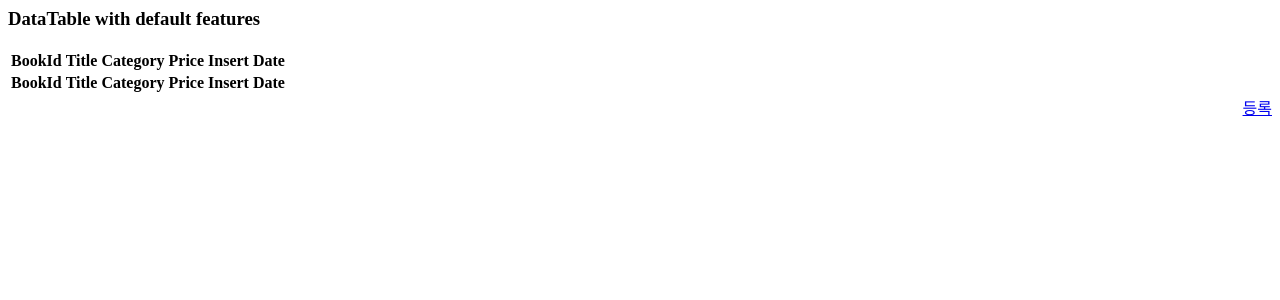
Repository: loy18/SPRING
Page: http://localhost/egovProj/WEB-INF/views/book/list.jsp
An editor plug-in stored every save of this project. The page is shown before and after the next save, followed by the edit.
The browser window is 1280 px wide. The pictures show the whole page.
The page is served by Tomcat 9. Nobody is signed in. The template is opened directly, without the code that normally fills it, so the values that code supplies are empty.

Above is the page before, as saved 2022-11-14 07:10:05.

After the next save:
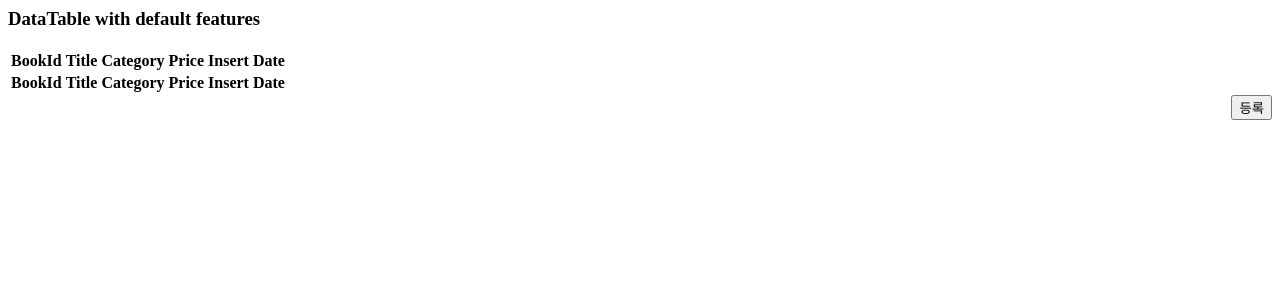
Saved 20 s later.
--- a/egovProj/src/main/webapp/WEB-INF/views/book/list.jsp
+++ b/egovProj/src/main/webapp/WEB-INF/views/book/list.jsp
@@ -63,7 +63,7 @@
 	</div>
 					<div class="card-footer">
 					<div style="text-align:right;">
-						<a href="/book/register"   class="btn btn-outline-primary btn-sm">등록 </a>
+						<button   class="btn btn-outline-primary btn-sm">등록 </a>
 						</div>
 						</div>
 </div>
